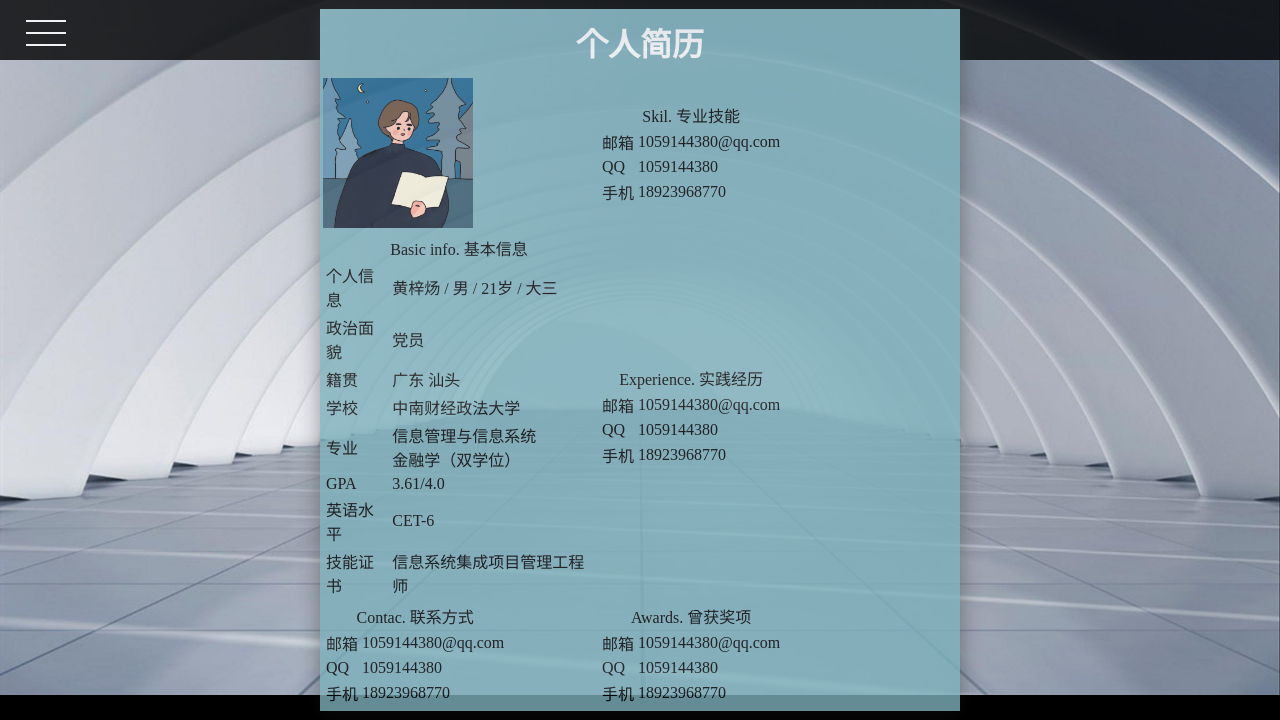
Repository: ustc-hzy/ziYang
Page: resume.html
The author's editor kept a copy of each file at every save. The page is drawn from the files as they stood at one save, then again after the next save.
The browser window is 1280 px wide. The pictures show the whole page.

Above is the page before, as saved 2020-06-18 00:33:53.

### resume.html
<!DOCTYPE html>
<html lang="en">
<head>
    <meta charset="UTF-8">
    <meta name="viewport" content="width=device-width, initial-scale=1.0">
    <link rel="stylesheet" href="css/style.css" type="text/css">
    <link rel="stylesheet" href="css/resume.css" type="text/css">
    <title>个人简历</title>
</head>
<body>
    <header>
        <!-- 主体内容 -->
        <div class="inner">
            <!-- 用于控制菜单栏开关 -->
            <input type="checkbox" id="ham">
            <!-- 菜单栏icon -->
            <label for="ham">
                <div class="hamburger-container">
                    <span></span>
                    <span></span>
                    <span></span>
                </div>
            </label>
            <!-- 菜单栏各项 -->
            <nav>
                <ul>
                    <li><a href="index.html">网站首页</a></li>
                    <li><a href="resume.html">个人简历</a></li>
                    <li><a href="album.html">旅行相册</a></li>
                    <li><a href="asset.html">PS作品集</a></li>
                    <li><a href="episode.html">剧集收藏</a></li>
                </ul>
            </nav>
            <!-- 打开菜单栏的遮罩 -->
            <div class="mask"></div>
        </div>

        <div class="content-container">
            <table>
                <caption class="table-title">个人简历</caption>
                <tr>
                    <td class="left-column">
                        <img src="img/user.png" width="150px">
                    </td>
                    <td class="right-column">
                        <table>
                            <caption class="small-table-title"><div>Skil. 专业技能</div></caption>
                            <tr>
                                <td>邮箱</td>
                                <td>1059144380@qq.com</td>
                            </tr>
                            <tr>
                                <td>QQ</td>
                                <td>1059144380</td>
                            </tr>
                            <tr>
                                <td>手机</td>
                                <td>18923968770</td>
                            </tr>
                        </table>
                    </td>
                </tr>
                <tr>
                    <td class="left-column">
                        <table>
                            <caption class="small-table-title"><div>Basic info. 基本信息</div></caption>
                            <tr>
                                <td>个人信息</td>
                                <td>黄梓炀 / 男 / 21岁 / 大三</td>
                            </tr>
                            <tr>
                                <td>政治面貌</td>
                                <td>党员</td>
                            </tr>
                            <tr>
                                <td>籍贯</td>
                                <td>广东 汕头</td>
                            </tr>
                            <tr>
                                <td>学校</td>
                                <td>中南财经政法大学</td>
                            </tr>
                            <tr>
                                <td>专业</td>
                                <td>
                                    <div>信息管理与信息系统</div>
                                    <div>金融学（双学位）</div>
                                </td>
                            </tr>
                            <tr>
                                <td>GPA</td>
                                <td>3.61/4.0</td>
                            </tr>
                            <tr>
                                <td>英语水平</td>
                                <td>CET-6</td>
                            </tr>
                            <tr>
                                <td>技能证书</td>
                                <td>信息系统集成项目管理工程师</td>
                            </tr>
                        </table>
                    </td>
                    <td class="right-column">
                        <table class="small-table-title">
                            <caption><div>Experience. 实践经历</div></caption>
                            <tr>
                                <td>邮箱</td>
                                <td>1059144380@qq.com</td>
                            </tr>
                            <tr>
                                <td>QQ</td>
                                <td>1059144380</td>
                            </tr>
                            <tr>
                                <td>手机</td>
                                <td>18923968770</td>
                            </tr>
                        </table>
                    </td>
                </tr>
                <tr>
                    <td class="left-column">
                        <table>
                            <caption class="small-table-title"><div>Contac. 联系方式</div></caption>
                            <tr>
                                <td>邮箱</td>
                                <td>1059144380@qq.com</td>
                            </tr>
                            <tr>
                                <td>QQ</td>
                                <td>1059144380</td>
                            </tr>
                            <tr>
                                <td>手机</td>
                                <td>18923968770</td>
                            </tr>
                        </table>
                    </td>
                    <td class="right-column">
                        <table class="small-table-title">
                            <caption><div>Awards. 曾获奖项</div></caption>
                            <tr>
                                <td>邮箱</td>
                                <td>1059144380@qq.com</td>
                            </tr>
                            <tr>
                                <td>QQ</td>
                                <td>1059144380</td>
                            </tr>
                            <tr>
                                <td>手机</td>
                                <td>18923968770</td>
                            </tr>
                        </table>
                    </td>
                </tr>
            </table>
        </div>
    </header>
</body>
</html>

### css/style.css
body {
    height: 100%;
    width: 100%;
    margin: 0 auto;
    padding: 0 0 ;
    background-color: #000000;
    background-image: url(../img/user_bg.jpg);
    background-repeat: no-repeat;
    background-size: cover;
    overflow: auto;
}
header{
    height: 60px;
    background-color: #000000;
    opacity: 0.8;
}
.inner{
    width: 96%;
    margin: auto;
}
#ham{
    display: none;
}
/* 当chexkbox选中时，改变第一条线 */
#ham:checked + label .hamburger-container span:nth-child(1){
    transform: rotate(45deg);
    top: 11px;
    transition: transform .3s ease-in-out, top .3s ease-in-out 3s;
}
/* 当chexkbox选中时，第二条线消失 */
#ham:checked + label .hamburger-container span:nth-child(2){
    opacity: 0;
}
/* 当chexkbox选中时，改变第三条线 */
#ham:checked + label .hamburger-container span:nth-child(3){
    transform: rotate(-45deg);
    top: -11px;
    transition: transform .3s ease-in-out, top .3s ease-in-out 3s;
}
.hamburger-container span:nth-child(2){
    margin-top: 10px;
    transition: opacity .1s ease-in-out .1s;
}
.hamburger-container span:nth-child(3){
    margin-top: 10px;
}
.hamburger-container{
    display: block;
    width: 40px;
    height: 40px;
    position: relative;
    top: 20px;
    z-index: 100;
}
.hamburger-container span{
    display: block;
    height: 2px;
    background-color: #fff;
    position: relative;
    transition: transform .3s ease-in-out, top .3s ease-in-out .3s;
}
nav{
    position: absolute;
    z-index: 100;
    color: #fff;
    top: 50px;
    transform: scaleY(0); /* 垂直方向缩小到0，即关闭 */
    transition: all .3s ease-in-out;
    transform-origin: 50% 0; /* 将中心点移到顶部 */
    opacity: 0; /* 渐入渐出效果 */
}
/* 当chexkbox选中时，展示nav */
#ham:checked ~ nav{
    transform: scaleY(1); /* 垂直方向扩大到1，即打开 */
    opacity: 1;
    transition: all .3s ease-in-out;
}
.mask {
    width: 100vw;
    height: 100vh;
    position: fixed;
    top: 0;
    left: 0;
    background: #000000;
    opacity: 0;
    z-index: 10; /* 防止遮住要显示的部分 */
    transform: scaleY(0);
    transform-origin: 50% 0;
    transition: all .3s ease-in-out;
}
#ham:checked ~ .mask{
    opacity: 1;
    transform: scaleY(1);
    transition: all .3s ease-in-out;
}
ul{
    position: relative;
    right: 40px;
    margin-top: 2em;
    list-style-type:none;
    font-size: 35px;
}
ul li{
    margin-top: 1em;
}
ul li:hover{
    transform: scale(1.2, 1.2); /* transform从元素中心开始变化，不会影响到其他元素 */
    /* background-color:  rgba(255,255,255,0.1);
    padding: 10px 20px; */
}
.content-container{
    position: absolute;
    top: 50%;
    left: 50%;
    transform: translate(-50%,-50%);
    z-index: 1;
    background-color: rgba(0,0,0,0.3); /* 此处使用opacity会让文字也变透明 */
    box-shadow: 0 5px 20px rgba(26,26,26,0.5);
}
.mid-name{
    color: #fff;
    font-size: 50px;
    border: 8px solid #fff;
    padding: 40px;
    text-align: center;
}
.mid-name .id{
    margin-top: 10px;
    font-size: 40px;
}
a{
    text-decoration: none;
    color: #ffffff;
}

### css/resume.css
table{
    background-color: #7cb0bb;
}
.table-title{
    color: #ffffff;
    font-size: 32px;
    font-weight: bold;
    padding: 10px 0 ;
    background-color: #7cb0bb;
}
.left-column{
    width: 400px;
}
.right-column{
    width: 600px;
}

After the next save:
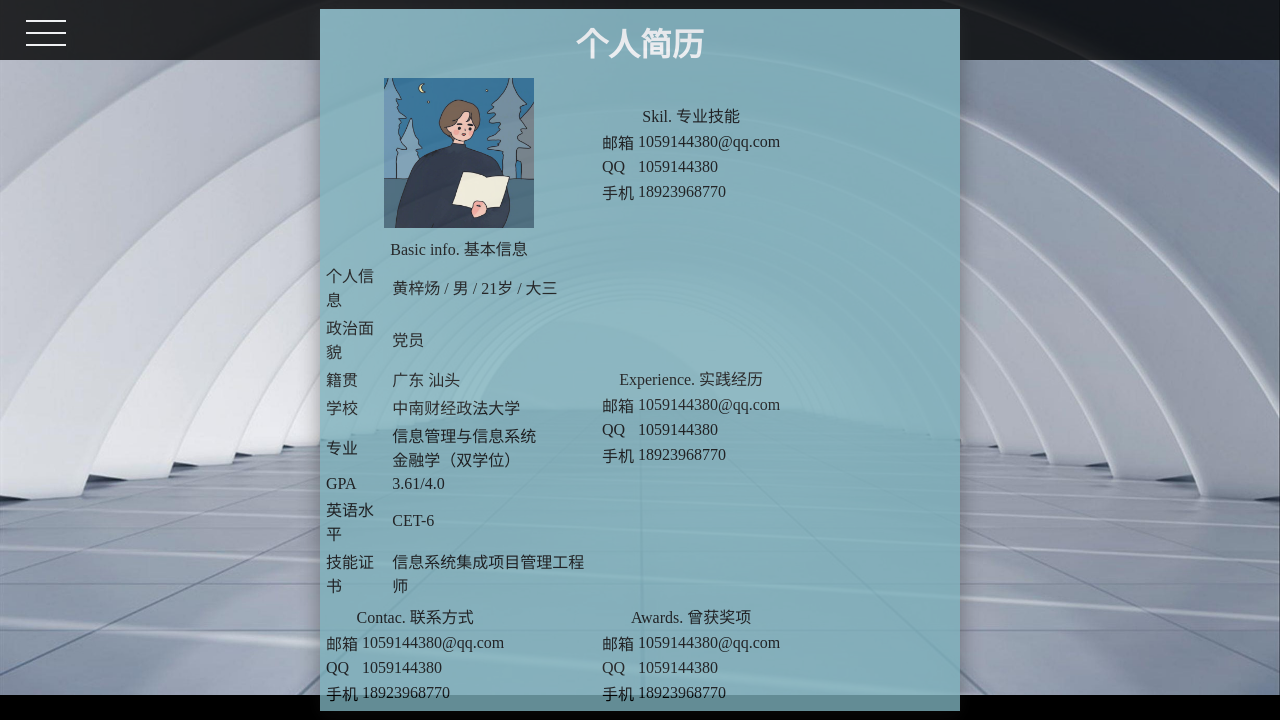
Saved 46 s later.
--- a/resume.html
+++ b/resume.html
@@ -39,7 +39,7 @@
             <table>
                 <caption class="table-title">个人简历</caption>
                 <tr>
-                    <td class="left-column">
+                    <td class="left-column" align="center">
                         <img src="img/user.png" width="150px">
                     </td>
                     <td class="right-column">

After the save that followed:
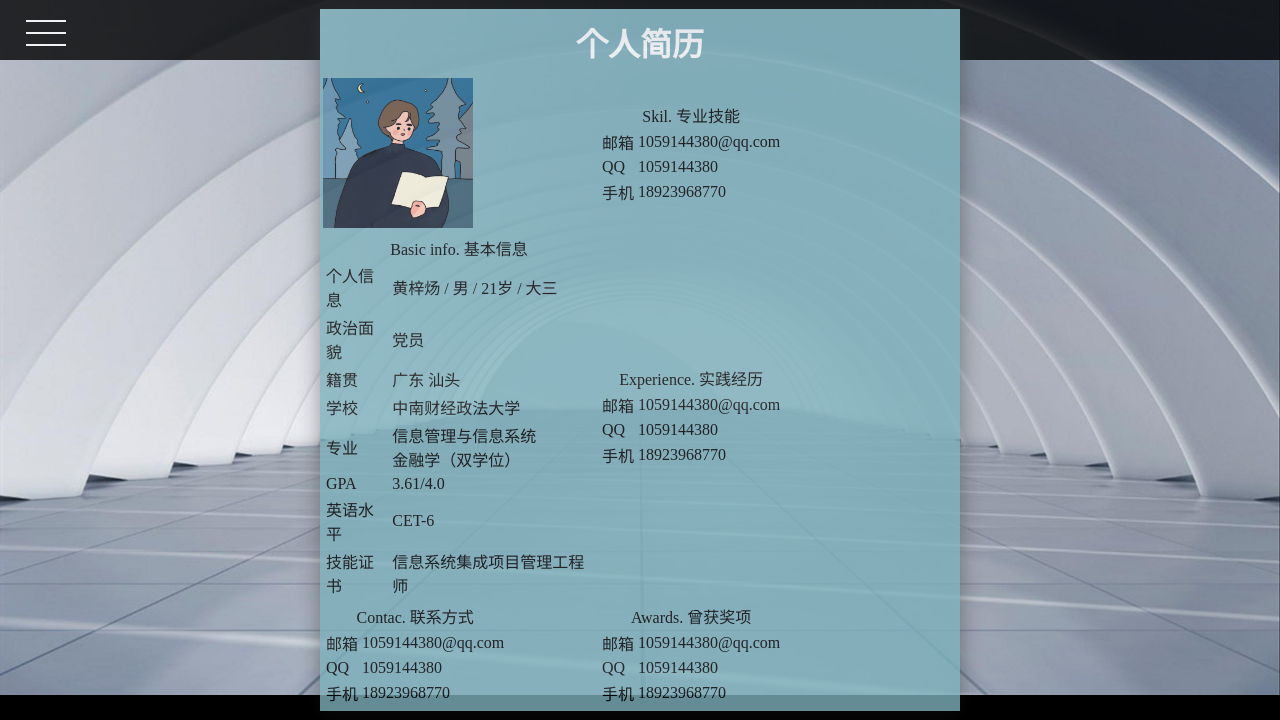
Saved 11 s later.
--- a/resume.html
+++ b/resume.html
@@ -39,7 +39,7 @@
             <table>
                 <caption class="table-title">个人简历</caption>
                 <tr>
-                    <td class="left-column" align="center">
+                    <td class="left-column" text-align="center">
                         <img src="img/user.png" width="150px">
                     </td>
                     <td class="right-column">
